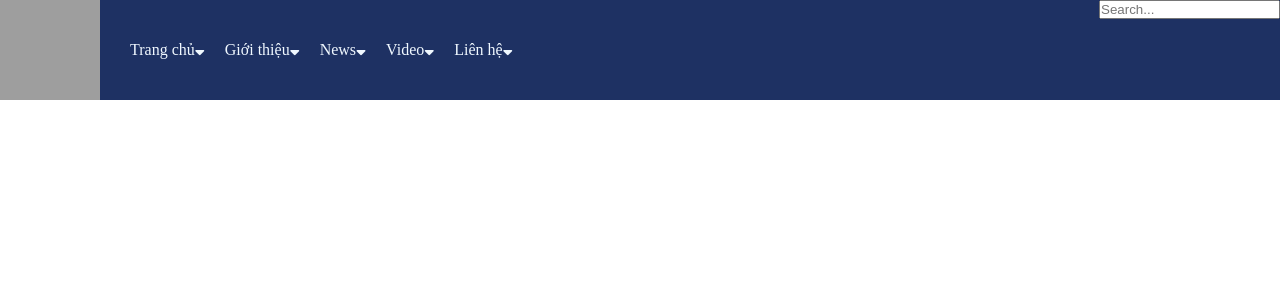
Repository: Luong-tung/newtopics
Page: index2.html
An editor plug-in stored every save of this project. The page is shown before and after the next save, followed by the edit.
The browser window is 1280 px wide. The pictures show the whole page.
Pictures or frames that could not be fetched are drawn as grey boxes. Some web libraries are served in a nearby version.

Above is the page before, as saved 2021-10-07 18:06:47.

After the next save:
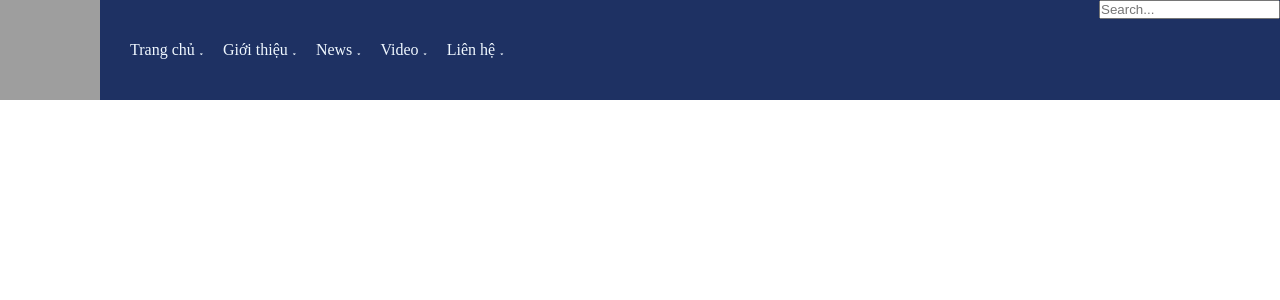
Saved 66 s later.
--- a/iu2.css
+++ b/iu2.css
@@ -33,6 +33,10 @@
     padding: 5px;
 
 }
+.header .logo ul li i{
+    font-size: 5px;
+    margin-left: 5px;
+}
 .header .logo ul li:hover{
     background:#fff;
     color:#2D46B9;
